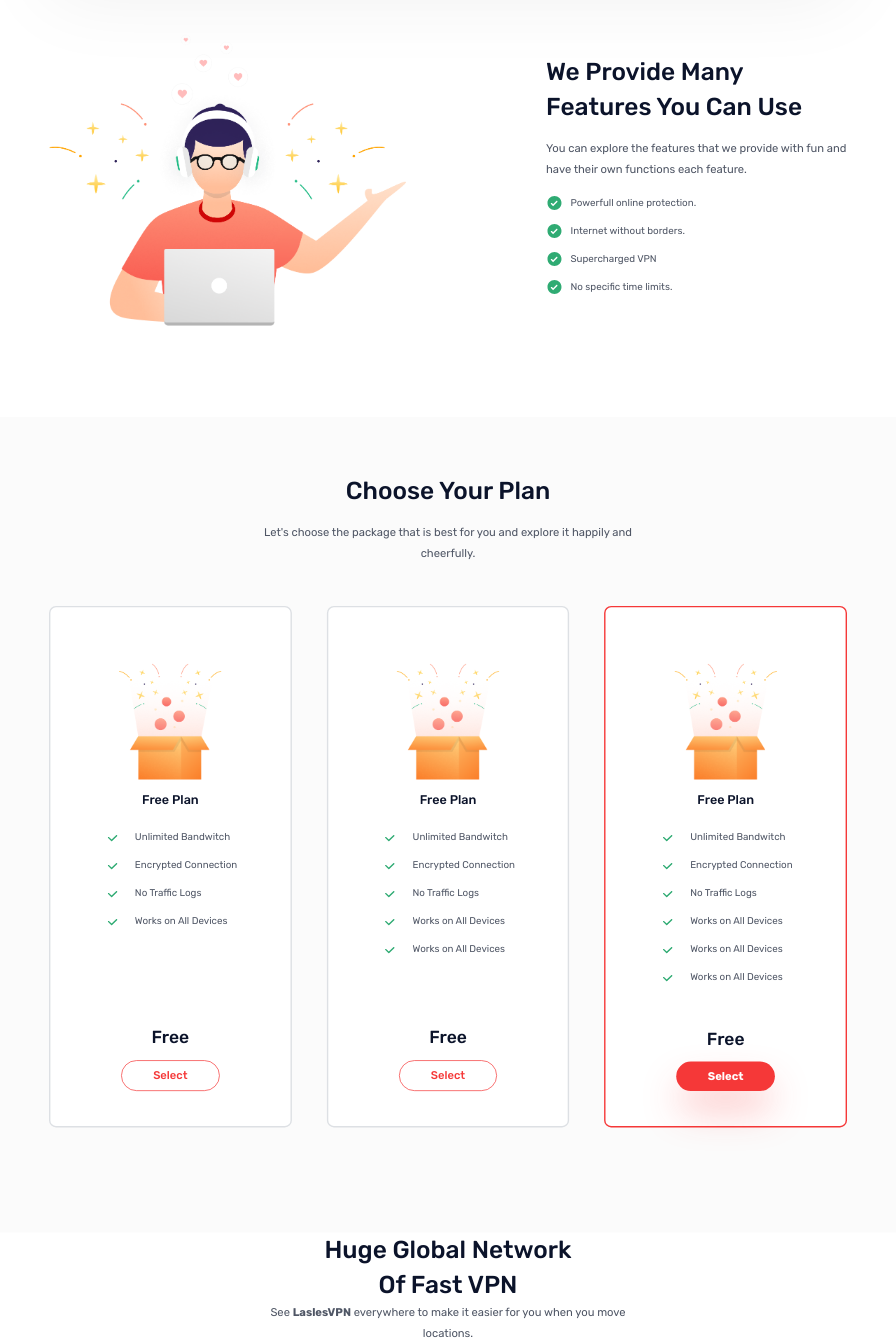
Repository: kebinh1235/lasles-demo
Page: index.html
The author's editor kept a copy of each file at every save. The page is drawn from the files as they stood at one save, then again after the next save.
The browser window is 1280 px wide. The pictures show the part of the page from y = 842 to 2762 px (the page is 2762 px tall before and 2702 px after), at 70% of full size.
The style sheet was rebuilt from its Sass, Less or Tailwind sources for each picture, by a compiler version that may differ from the author's.

Above is the page before, as saved 2021-11-04 13:46:12.

### index.html
<!DOCTYPE html>
<html lang="en">
<head>
  <meta charset="UTF-8">
  <meta http-equiv="X-UA-Compatible" content="IE=edge">
  <meta name="viewport" content="width=device-width, initial-scale=1.0">
  <title>Lales VPN</title>
  <!-- Google Font -->
  <link rel="preconnect" href="https://fonts.googleapis.com">
  <link rel="preconnect" href="https://fonts.gstatic.com" crossorigin>
  <link href="https://fonts.googleapis.com/css2?family=Nunito:wght@300;400&family=Rubik:wght@400;500;700&display=swap" rel="stylesheet">
  <!-- CSS -->
  <link rel="stylesheet" href="./css/app.css">
</head>
<body>
  <div class="wrapper">
    <header class="header">
      <div class="container">
        <div class="header__container">
          <img class="header__logo" srcset="./images/logo.png 2x" alt="Logo">
          <ul class="menu">
            <li class="menu-item">
              <a href="#" class="menu-link">Home</a>
            </li>
            <li class="menu-item">
              <a href="#" class="menu-link">Features</a>
            </li>
            <li class="menu-item">
              <a href="#" class="menu-link">Pricing</a>
            </li>
            <li class="menu-item">
              <a href="#" class="menu-link">Testimonials</a>
            </li>
            <li class="menu-item">
              <a href="#" class="menu-link">Help</a>
            </li>
          </ul>
          <div class="header__auth">
            <a href="#" class="header__auth-signin">Sign In</a>
            <a href="#" class="btn btn__outline">Sign Up</a>
          </div>
        </div>
      </div>
    </header>
    <main>
      <section class="hero">
        <div class="container">
          <div class="hero__container">
            <div class="hero__content">
              <h1 class="hero__title">
                Want anything to be easy with <strong>LaslesVPN.</strong>
              </h1>
              <p class="hero__desc">Provide a network for all your needs with ease and fun using <strong>LaslesVPN.</strong> discover interesting features from us.</p>
              <a href="#" class="btn btn__primary btn__rounded-sm">Get Started</a>
            </div>
            <div class="hero__img">
              <img srcset="./images/hero.png 2x" alt="">
            </div>
          </div>
        </div>
      </section>
      <section class="intro">
        <div class="container">
          <div class="intro__container">
            <div class="intro__item">
              <div class="intro__icon">
                <img src="./images/Icon/Group 1216.png" alt="Users" title="Users">
              </div>
              <div class="intro__info">
                <h3 class="intro__title">90+</h3>
                <span class="intro__text">Users</span>
              </div>
            </div>
            <div class="intro__item">
              <div class="intro__icon">
                <img srcset="./images/Icon/location.png 2x"alt="Location" title="Location">
              </div>
              <div class="intro__info">
                <h3 class="intro__title">30+</h3>
                <span class="intro__text">Locations</span>
              </div>
            </div>
            <div class="intro__item">
              <div class="intro__icon">
                <img srcset="./images/Icon/Server.png 2x" alt="Server" title="Server">
              </div>
              <div class="intro__info">
                <h3 class="intro__title">50+</h3>
                <span class="intro__text">Servers</span>
              </div>
            </div>
          </div>
        </div>
      </section>
      <section class="feature">
        <div class="container">
          <div class="feature__container">
            <div class="feature__img">
              <img srcset="./images/fearture.png 2x" alt="Feature" title="Feature">
            </div>
            <div class="feature__info">
              <h2 class="feature__title heading">We Provide Many Features You Can Use</h2>
              <p class="feature__desc text">You can explore the features that we provide with fun and have their own functions each feature.</p>
              <ul class="feature__list">
                <li class="feature__item">
                  <img src="./images/Icon/check.svg" alt="Checked" title="Checked">
                  <span>Powerfull online protection.</span>
                </li>
                <li class="feature__item">
                  <img src="./images/Icon/check.svg" alt="Checked" title="Checked">
                  <span>Internet without borders.</span>
                </li>
                <li class="feature__item">
                  <img src="./images/Icon/check.svg" alt="Checked" title="Checked">
                  <span>Supercharged VPN</span>
                </li>
                <li class="feature__item">
                  <img src="./images/Icon/check.svg" alt="Checked" title="Checked">
                  <span>No specific time limits.</span>
                </li>
              </ul>
            </div>
          </div>
        </div>
      </section>
      <section class="plan">
        <div class="container">
          <div class="plan__container">
            <div class="plan__header">
              <h2 class="heading">Choose Your Plan</h2>
              <p class="plan__desc text">Let's choose the package that is best for you and explore it happily and cheerfully.</p>
            </div>
            <div class="plan__main">
              <div class="plan__item">
                <div class="plan__img">
                  <img srcset="./images/Icon/Free.png 2x" alt="Free Plan" title="Free Plan">
                </div>
                <h3 class="plan__title">Free Plan</h3>
                <ul class="plan__list">
                  <li class="plan__list-item">
                    <img src="./images/Icon/checkplan.svg" alt="">
                    <span>Unlimited Bandwitch</span>
                  </li>
                  <li class="plan__list-item">
                    <img src="./images/Icon/checkplan.svg" alt="">
                    <span>Encrypted Connection</span>
                  </li>
                  <li class="plan__list-item">
                    <img src="./images/Icon/checkplan.svg" alt="">
                    <span>No Traffic Logs</span>
                  </li>
                  <li class="plan__list-item">
                    <img src="./images/Icon/checkplan.svg" alt="">
                    <span>Works on All Devices</span>
                  </li>
                </ul>
                <h4 class="plan__price">Free</h4>
                <a href="#" class="btn btn__outline">Select</a>
              </div>
              <div class="plan__item">
                <div class="plan__img">
                  <img srcset="./images/Icon/Free.png 2x" alt="Free Plan" title="Free Plan">
                </div>
                <h3 class="plan__title">Free Plan</h3>
                <ul class="plan__list">
                  <li class="plan__list-item">
                    <img src="./images/Icon/checkplan.svg" alt="">
                    <span>Unlimited Bandwitch</span>
                  </li>
                  <li class="plan__list-item">
                    <img src="./images/Icon/checkplan.svg" alt="">
                    <span>Encrypted Connection</span>
                  </li>
                  <li class="plan__list-item">
                    <img src="./images/Icon/checkplan.svg" alt="">
                    <span>No Traffic Logs</span>
                  </li>
                  <li class="plan__list-item">
                    <img src="./images/Icon/checkplan.svg" alt="">
                    <span>Works on All Devices</span>
                  </li>
                  <li class="plan__list-item">
                    <img src="./images/Icon/checkplan.svg" alt="">
                    <span>Works on All Devices</span>
                  </li>
                </ul>
                <h4 class="plan__price">Free</h4>
                <a href="#" class="btn btn__outline">Select</a>
              </div>
              <div class="plan__item plan__active">
                <div class="plan__img">
                  <img srcset="./images/Icon/Free.png 2x" alt="Free Plan" title="Free Plan">
                </div>
                <h3 class="plan__title">Free Plan</h3>
                <ul class="plan__list">
                  <li class="plan__list-item">
                    <img src="./images/Icon/checkplan.svg" alt="">
                    <span>Unlimited Bandwitch</span>
                  </li>
                  <li class="plan__list-item">
                    <img src="./images/Icon/checkplan.svg" alt="">
                    <span>Encrypted Connection</span>
                  </li>
                  <li class="plan__list-item">
                    <img src="./images/Icon/checkplan.svg" alt="">
                    <span>No Traffic Logs</span>
                  </li>
                  <li class="plan__list-item">
                    <img src="./images/Icon/checkplan.svg" alt="">
                    <span>Works on All Devices</span>
                  </li>
                  <li class="plan__list-item">
                    <img src="./images/Icon/checkplan.svg" alt="">
                    <span>Works on All Devices</span>
                  </li>
                  <li class="plan__list-item">
                    <img src="./images/Icon/checkplan.svg" alt="">
                    <span>Works on All Devices</span>
                  </li>
                </ul>
                <h4 class="plan__price">Free</h4>
                <a href="#" class="btn btn__primary">Select</a>
              </div>
            </div>
          </div>
        </div>
      </section>
      <section class="location">
        <div class="container">
          <div class="location-container">
            <div class="location__container">
              <div class="location__header">
                <h2 class="location__title heading">Huge Global Network of Fast VPN</h2>
                <p class="location__desc text">See <strong>LaslesVPN</strong> everywhere to make it easier for you when you move locations.</p>
              </div>
          </div>
        </div>
      </section>
    </main>
  </div>
</body>
</html>

### sass/app.scss
@import "variables";
@import "global";
@import "reset";
@import "header";
@import "hero";
@import "intro";
@import "feature";
@import "plan";
@import "location";

### sass/_variables.scss
$font: "Rubik", sans-serif;
$text-color: #4f5665;
$heading-color: #0b132a;
$primary-color: #f53838;
$gray-color: #DDE0E4;
$gray-light-color: #fbfbfb;
$white-color: #fff;

### sass/_global.scss
.wrapper {
  max-width: 1440px;
  margin: 0 auto;
}
.container {
  max-width: 1170px;
  padding: 0 15px;
  margin: 0 auto;
}
body {
  font-family: $font;
  color: $text-color;
  line-height: 1;
  font-weight: 400;
  background: $white-color;
}
h1, h2, h3, h4, h5, h6 {
  color: $heading-color;
  font-weight: bold;
}
.btn {
  display: inline-block;
  padding: 13px 45px;
  border-radius: 100rem;
  font-family: $font;
  line-height: 1;
  font-weight: 500;
  cursor: pointer;
  &__primary {
    background: $primary-color;
    font-weight: 700;
    color: $white-color;
    box-shadow: 0 30px 54px -5px rgba(245, 56, 56, 0.35);
    &:hover {
      background: $white-color;
      transition: all .3s linear;
      color: $primary-color;
      border-color: $primary-color;
      transform: translateY(-2px);
    }
  }
  &__outline {
    background: transparent;
    color: $primary-color;
    border: 1px solid $primary-color;
    font-weight: 500;
    &:hover {
      background: $primary-color;
      transition: all .3s linear;
      color: $white-color;
      transform: translateY(-2px);
    }
  }
  &__rounded-sm {
    border-radius: 0.4rem;
  }
}
.heading {
  font-weight: 500;
  font-size: 35px;
  line-height: calc(50 / 35);
  margin-bottom: 20px;
  text-transform: capitalize;
}
.text {
  line-height: calc(30 / 16);
}

### sass/_reset.scss
html {
box-sizing: border-box;
}
* {
  margin: 0;
  padding: 0;
  text-decoration: none;
  list-style: none;
}
*,*:before,*:after {
box-sizing: border-box;
}
input,
textarea,
select,
button{
outline: none;
}
input{
line-height: normal;
}
label,
button{
cursor: pointer;
}
a {
text-decoration: none;
}
img {
display: block;
max-width: 100%;
}

### sass/_header.scss
.header {
  padding-top: 50px;
  padding-bottom: 90px;
  &__container {
    display:flex;
    justify-content: space-between;
    align-items: center;
  }
  &__auth {
    display:flex;
    align-items: center;
    gap: 0 30px;
    text-transform: capitalize;
    font-weight: 500;
    &-signin {
      color: $heading-color;
    }
    &-signup {
      color: $primary-color;
      border: 1px solid $primary-color;
      padding: 13px 45px;
      border-radius: 100rem;
    }

  }
}
.menu {
  display: flex;
  align-self: center;
  gap: 0 40px;
  &-link {
    color: inherit;
  }
}

### sass/_hero.scss
.hero {
  padding-bottom: 100px;
  &__container {
    display:flex;
    justify-content: space-between;
    align-items: center;
    gap: 0 40px;
    position: relative;
  }
  &__content {
    width: 100%;
    max-width: 555px;
  }
  &__title {
    font-size: 50px;
    font-weight: 500;
    margin-bottom: 20px;
    line-height: calc(70 / 50);
    color: $heading-color;
  }
  &__desc {
    flex-shrink: 0;
    line-height: calc(30 / 16);
    margin-bottom: 50px;
    strong {
      font-weight: 500;
    }
  }
  &__img {
    position: absolute;
    top: 50%;
    transform: translate(40px, -50%);
    right: 0;
  }
}
@media (max-width: 1023px) {
  .hero__container {
    flex-direction: row;
  }
}

### sass/_intro.scss
.intro {
  margin-bottom: 95px;
  &__container {
    background: #FFFFFF;
    border-radius: 10px;
    box-shadow: 0 42px 114px rgba(13,16,37, 0.064);
    padding: 37px 0;
    display: grid;
    grid-template-columns: repeat(3, minmax(0, 1fr));
    min-height: 200px;
  }
  &__item {
    display:flex;
    align-items: center;
    justify-content: center;
    gap: 0 37px;
    &:nth-child(2) {
      border-left: 2px solid #EEEFF2;
      border-right: 2px solid #EEEFF2;
    }
  }
  &__title {
    font-size: 25px;
    margin-bottom: 5px;
    line-height: calc(30 / 25);
  }
  &__text {
    font-size: 20px;
    line-height: calc(30 / 20);
  }
}

### sass/_feature.scss
.feature {
  padding-bottom: 130px;
  &__container{
    display:flex;
    justify-content: space-between;
    align-items: center;
    gap: 0 170px;
  }
  &__desc {
    max-width: 430px;
    margin-bottom: 20px;
  }
  &__title {
    max-width: 384px;
  }
  &__item {
    display: flex;
    align-items: center;
    gap: 0 10px;
    margin-bottom: 15px;
    font-size: 14px;
  }
}

### sass/_plan.scss
.plan {
  padding: 80px 0 150px;
  background: $gray-light-color;
  &__container {
  }
  &__header {
    max-width: 555px;
    margin: 0 auto 60px;
    text-align: center;
  }
  &__desc {
    line-height: calc(30 / 16);
  }
  &__main {
    display: grid;
    grid-template-columns: repeat(3, minmax(0, 1fr));
    grid-gap: 0 50px;
  }
  &__item {
    background: $white-color;
    border: 2px solid $gray-color;
    border-radius: 10px;
    padding: 80px 50px 50px;
    display: flex;
    flex-direction: column;
    justify-content: center;
    align-items: center;
    cursor: pointer;
  }
  &__item.plan__active,
  &__item:hover {
    border-color: $primary-color;
    transition: all .3s linear;
    .btn {
        background-color: $primary-color;
        color: $white-color;
        transition: all .3s linear;
    }
  }
  &__img {
    margin-bottom: 20px;
  }
  &__title {
    font-size: 18px;
    font-weight: 500;
    margin-bottom: 30px;
  }
  &__list {
    margin-bottom: 50px;
    &-item {
      display: flex;
      align-items: center;
      margin-bottom: 10px;
      line-height: calc(30 / 14);
      gap: 0 20px;
      font-size: 14px;
    }
  }
  &__price {
    font-size: 25px;
    font-weight: 500;
    margin-bottom: 20px;
    margin-top: auto;
  }
}

### sass/_location.scss
.location {
    &__container {

    }
    &__header {
        text-align: center;
        margin: 0 auto;
        max-width: 555px;
    }
    &__title {
        max-width: 384px;
        margin: 0 auto;
    }
    &__desc {
        font-size: 16;
        line-height: calc(30/16);
    }
}

After the next save:
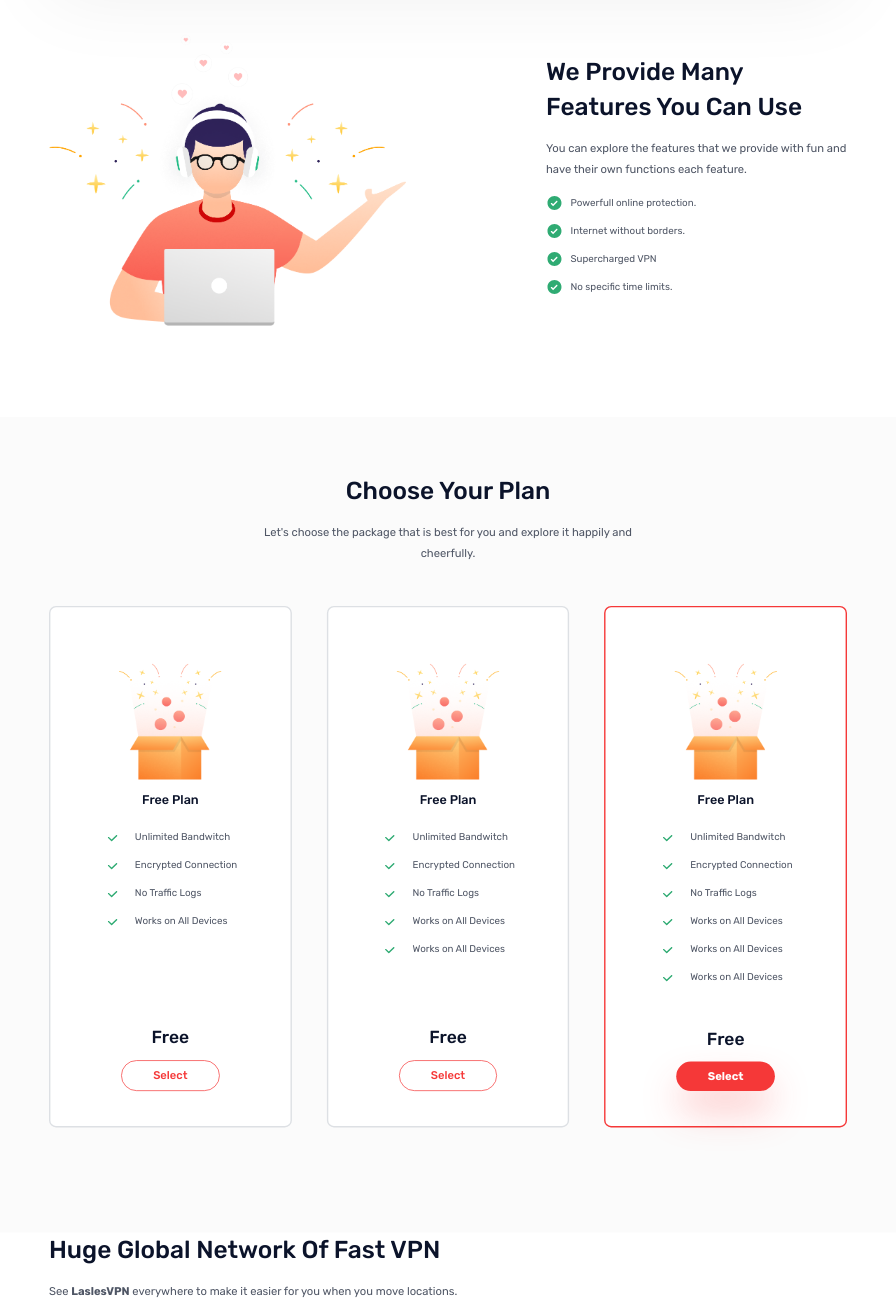
Saved 3 min 45 s later.
--- a/sass/_location.scss
+++ b/sass/_location.scss
@@ -1,4 +1,4 @@
-.location {
+.network {
     &__container {
 
     }

After the save that followed:
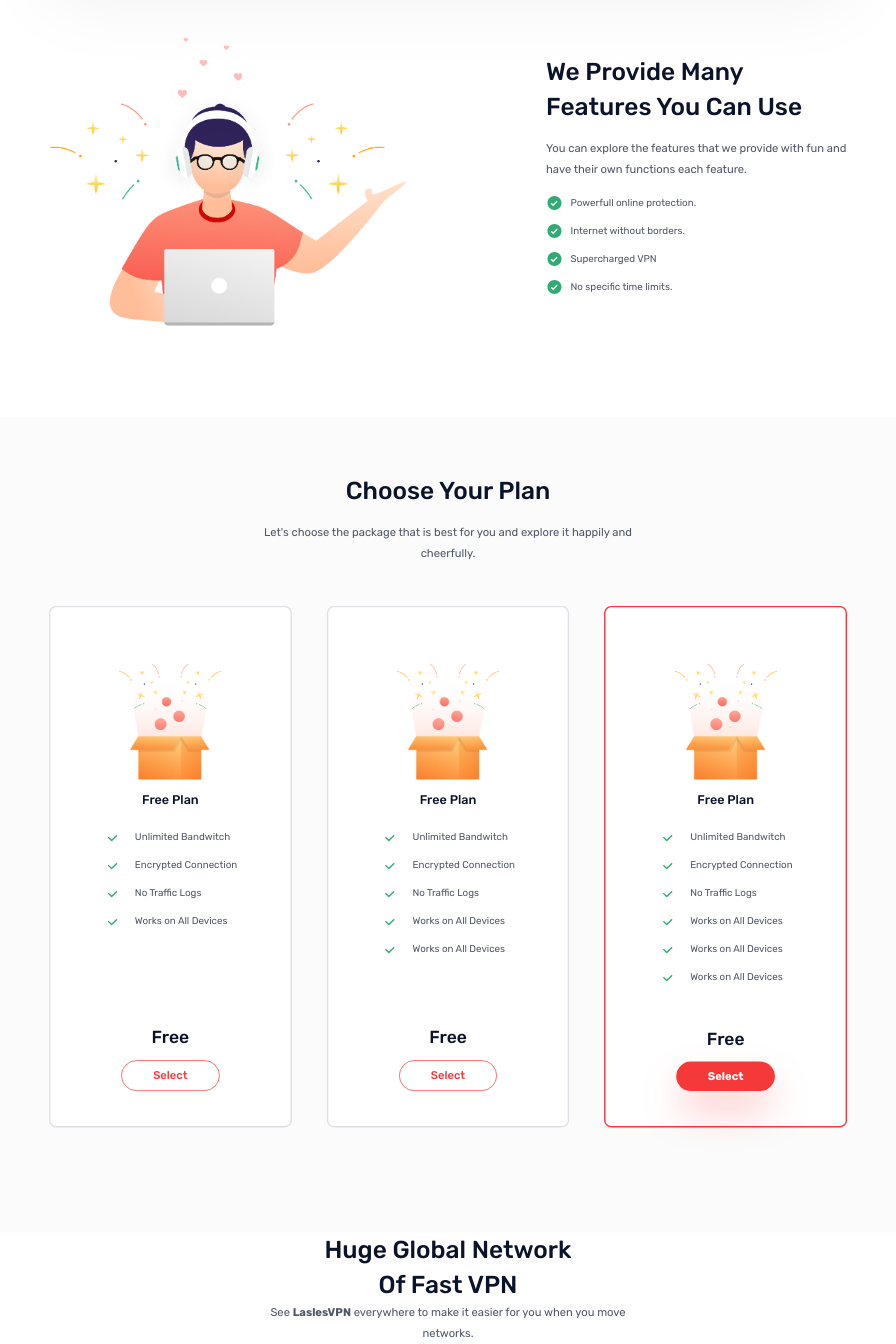
Saved 2 min 8 s later.
--- a/index.html
+++ b/index.html
@@ -225,13 +225,13 @@
           </div>
         </div>
       </section>
-      <section class="location">
-        <div class="container">
-          <div class="location-container">
-            <div class="location__container">
-              <div class="location__header">
-                <h2 class="location__title heading">Huge Global Network of Fast VPN</h2>
-                <p class="location__desc text">See <strong>LaslesVPN</strong> everywhere to make it easier for you when you move locations.</p>
+      <section class="network">
+        <div class="container">
+          <div class="network-container">
+            <div class="network__container">
+              <div class="network__header">
+                <h2 class="network__title heading">Huge Global Network of Fast VPN</h2>
+                <p class="network__desc text">See <strong>LaslesVPN</strong> everywhere to make it easier for you when you move networks.</p>
               </div>
           </div>
         </div>
